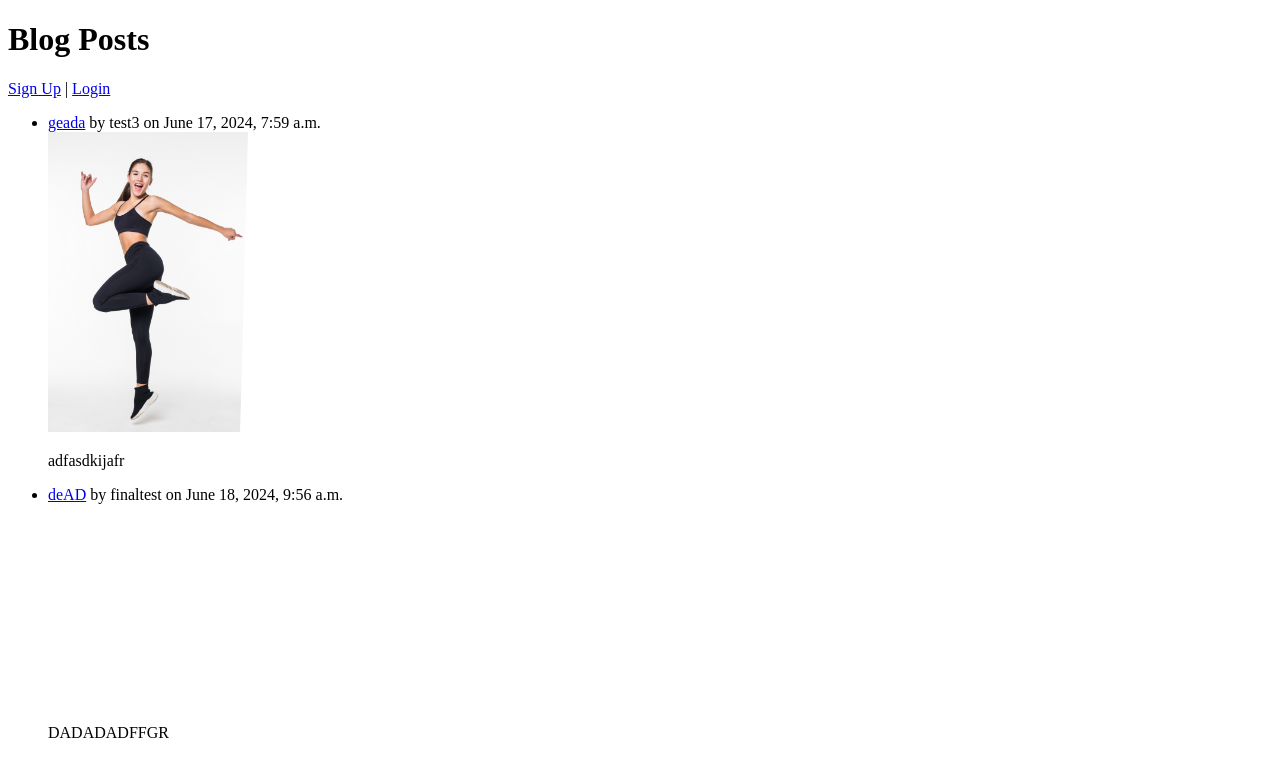
Repository: AchuVinod/miniblog
Page: http://localhost/
The author's editor kept a copy of each file at every save. The page is drawn from the files as they stood at one save, then again after the next save.
The browser window is 1280 px wide. The pictures show the whole page.
The page is served by the project's application, run on Django 5.2 (manage.py). Other server files are loaded and not shown. The page reads the database file committed with the project.

Above is the page before, as saved 2024-06-16 17:37:20.

### blog_project/blog/templates/blog/home.html
<!DOCTYPE html>
<html>
<head>
    <title>Blog Home</title>
</head>
<body>
    <h1>Blog Posts</h1>
    {% if user.is_authenticated %}
        <form method="post" action="{% url 'logout' %}" style="display: inline;">
            {% csrf_token %}
            <button type="submit">Logout</button>
        </form> | <a href="{% url 'create_post' %}">Create Post</a>
    {% else %}
        <a href="{% url 'signup' %}">Sign Up</a> | <a href="{% url 'login' %}">Login</a>
    {% endif %}
    <ul>
        {% for post in posts %}
            <li>
                <a href="{% url 'post_detail' post.pk %}">{{ post.title }}</a> by {{ post.author.username }} on {{ post.created_at }}
                <br>
                <img src="{{ post.image.url }}" alt="{{ post.title }}" style="max-width: 200px;">
                <p>{{ post.description|truncatewords:30 }}</p>
            </li>
        {% endfor %}
    </ul>
</body>
</html>

### blog_project/blog/models.py
from django.db import models
from django.contrib.auth.models import User

class Post(models.Model):
    title = models.CharField(max_length=200)
    description = models.TextField()
    image = models.ImageField(upload_to='blog_images/')
    author = models.ForeignKey(User, on_delete=models.CASCADE)
    created_at = models.DateTimeField(auto_now_add=True)

    def __str__(self):
        return self.title

class Comment(models.Model):
    post = models.ForeignKey(Post, related_name='comments', on_delete=models.CASCADE)
    author = models.ForeignKey(User, on_delete=models.CASCADE)
    text = models.TextField()
    created_at = models.DateTimeField(auto_now_add=True)

    def __str__(self):
        return self.text

### blog_project/blog/views.py
from django.shortcuts import render, get_object_or_404, redirect
from django.contrib.auth import login, authenticate
from django.contrib.auth.decorators import login_required
from django.contrib.auth.forms import AuthenticationForm
from .models import Post, Comment
from .forms import SignUpForm, PostForm, CommentForm
from django.http import HttpResponseForbidden
from django.contrib.auth.forms import UserCreationForm


def signup(request):
    if request.method == 'POST':
        form = UserCreationForm(request.POST)
        if form.is_valid():
            form.save()
            username = form.cleaned_data.get('username')
            raw_password = form.cleaned_data.get('password1')
            user = authenticate(username=username, password=raw_password)
            login(request, user)
            return redirect('login')  # Redirect to login page after signup
    else:
        form = UserCreationForm()
    return render(request, 'blog/signup.html', {'form': form})

def login_view(request):
    if request.method == 'POST':
        form = AuthenticationForm(request, data=request.POST)
        if form.is_valid():
            username = form.cleaned_data.get('username')
            password = form.cleaned_data.get('password')
            user = authenticate(username=username, password=password)
            if user is not None:
                login(request, user)
                return redirect('home')
    else:
        form = AuthenticationForm()
    return render(request, 'blog/login.html', {'form': form})

def home(request):
    posts = Post.objects.all()
    return render(request, 'blog/home.html', {'posts': posts})

@login_required
def create_post(request):
    if request.method == 'POST':
        form = PostForm(request.POST, request.FILES)
        if form.is_valid():
            post = form.save(commit=False)
            post.author = request.user
            post.save()
            return redirect('home')
    else:
        form = PostForm()
    return render(request, 'blog/create_post.html', {'form': form})

def post_detail(request, pk):
    post = get_object_or_404(Post, pk=pk)
    comments = Comment.objects.filter(post=post)
    if request.method == 'POST':
        form = CommentForm(request.POST)
        if form.is_valid():
            comment = form.save(commit=False)
            comment.author = request.user
            comment.post = post
            comment.save()
            return redirect('post_detail', pk=post.pk)
    else:
        form = CommentForm()
    return render(request, 'blog/post_detail.html', {'post': post, 'comments': comments, 'form': form})

@login_required
def delete_post(request, pk):
    post = get_object_or_404(Post, pk=pk)
    if request.user == post.author:
        post.delete()
        return redirect('home')
    else:
        return HttpResponseForbidden()

### blog_project/blog_project/urls.py
"""
URL configuration for blog_project project.

The `urlpatterns` list routes URLs to views. For more information please see:
    https://docs.djangoproject.com/en/5.0/topics/http/urls/
Examples:
Function views
    1. Add an import:  from my_app import views
    2. Add a URL to urlpatterns:  path('', views.home, name='home')
Class-based views
    1. Add an import:  from other_app.views import Home
    2. Add a URL to urlpatterns:  path('', Home.as_view(), name='home')
Including another URLconf
    1. Import the include() function: from django.urls import include, path
    2. Add a URL to urlpatterns:  path('blog/', include('blog.urls'))
"""
from django.contrib import admin
from django.urls import path, include
from django.conf import settings
from django.conf.urls.static import static

urlpatterns = [
    path('admin/', admin.site.urls),
    path('blog/', include('blog.urls')),
    path('', include('blog.urls')),
]

if settings.DEBUG:
    urlpatterns += static(settings.MEDIA_URL, document_root=settings.MEDIA_ROOT)

### blog_project/blog/urls.py
from django.urls import path
from django.contrib.auth import views as auth_views
from . import views

urlpatterns = [
    path('signup/', views.signup, name='signup'),
    path('login/', views.login_view, name='login'),
    path('logout/', auth_views.LogoutView.as_view(), name='logout'),  # Correct logout URL
    path('', views.home, name='home'),
    path('post/<int:pk>/', views.post_detail, name='post_detail'),
    path('post/new/', views.create_post, name='create_post'),
    path('post/<int:pk>/delete/', views.delete_post, name='delete_post'),
]

### blog_project/db.sqlite3 (the tables this page reads, as SQL)
CREATE TABLE "auth_user" ("id" integer NOT NULL PRIMARY KEY AUTOINCREMENT, "password" varchar(128) NOT NULL, "last_login" datetime NULL, "is_superuser" bool NOT NULL, "username" varchar(150) NOT NULL UNIQUE, "last_name" varchar(150) NOT NULL, "email" varchar(254) NOT NULL, "is_staff" bool NOT NULL, "is_active" bool NOT NULL, "date_joined" datetime NOT NULL, "first_name" varchar(150) NOT NULL);
INSERT INTO "auth_user" VALUES
(1, 'pbkdf2_sha256$720000$mdm1uPf3BpA6bMOWZK5LPM$cpjfny8iS3UlyTfRPLw8OA0leuXYn0eV8hhHsaSeFJc=', '2024-06-16 12:49:52.361171', 0, 'text', '', 'achuvinod8182@gmail.com', 0, 1, '2024-06-16 11:29:02.327586', ''),
(2, 'pbkdf2_sha256$720000$NpaS63cu774BLLUlRCkhr0$vY9VWpX4pO0PDaxFu6vF5+gGuLMWhOxd5CTeGTEqf0g=', '2024-06-17 08:00:08.258102', 0, 'test2', '', 'test2@gmail.com', 0, 1, '2024-06-16 12:02:50.787407', ''),
(3, 'pbkdf2_sha256$720000$Ukl7vDVfBnqRIhI0TDP3zQ$4iC9GfJAEXq8veW8/r0kyUoNowq2BZGsdKOUoKrO+5o=', '2024-06-18 10:06:09.334738', 0, 'test3', '', '', 0, 1, '2024-06-16 12:08:17.090326', ''),
(4, 'pbkdf2_sha256$720000$Ac23yZs36kM5qroDcUxzFV$dnQB2nI3gt3kjez8VWo7cCZ0FZgRe+YX9WjHt3SmUe8=', '2024-06-18 10:05:36.072247', 0, 'finaltest', '', '', 0, 1, '2024-06-17 09:20:35.363524', '');

CREATE TABLE "blog_post" ("id" integer NOT NULL PRIMARY KEY AUTOINCREMENT, "title" varchar(200) NOT NULL, "description" text NOT NULL, "image" varchar(100) NOT NULL, "created_at" datetime NOT NULL, "author_id" integer NOT NULL REFERENCES "auth_user" ("id") DEFERRABLE INITIALLY DEFERRED);
INSERT INTO "blog_post" VALUES
(4, 'geada', 'adfasdkijafr', 'blog_images/sporty-young-woman-jumping-isolated-white-wall.jpg', '2024-06-17 07:59:53.167689', 3),
(5, 'deAD', 'DADADADFFGR', 'blog_images/logo.png', '2024-06-18 09:56:15.404623', 4);

After the next save:
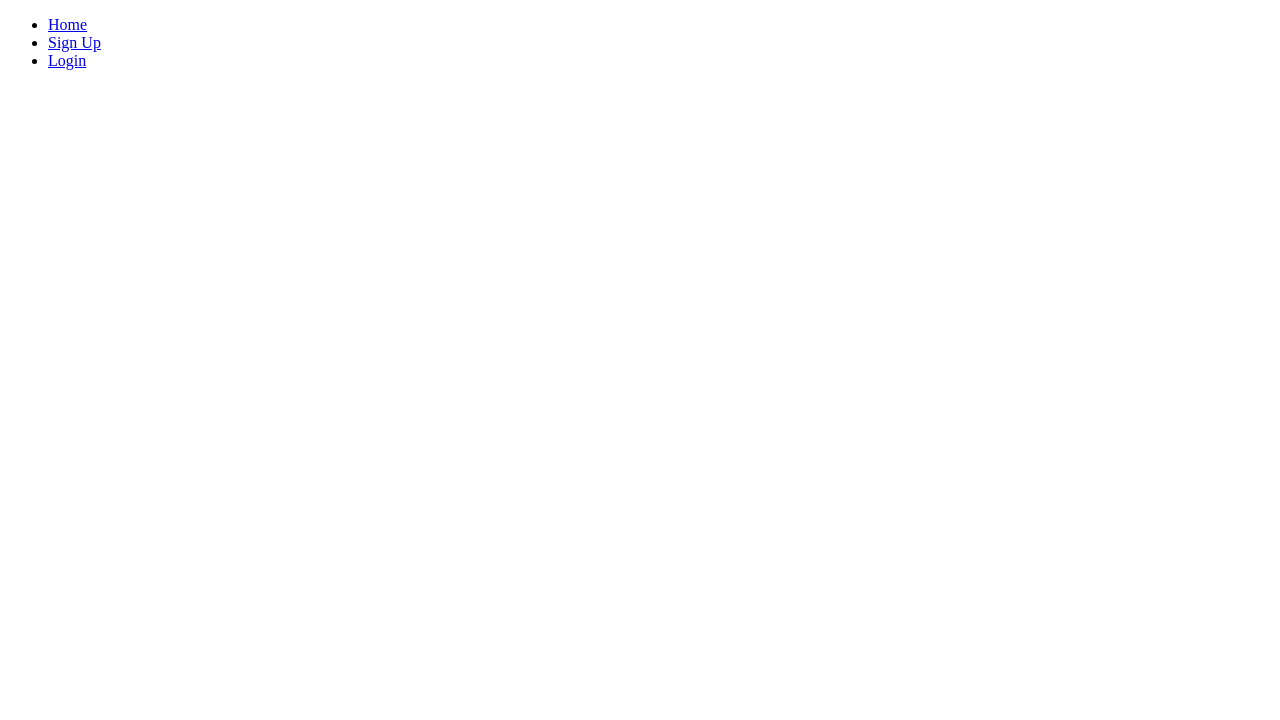
Saved 6 min 51 s later.
--- a/blog_project/blog/templates/blog/home.html
+++ b/blog_project/blog/templates/blog/home.html
@@ -1,27 +1,26 @@
 <!DOCTYPE html>
 <html>
 <head>
-    <title>Blog Home</title>
+    <title>{% block title %}Blog{% endblock %}</title>
 </head>
 <body>
-    <h1>Blog Posts</h1>
-    {% if user.is_authenticated %}
-        <form method="post" action="{% url 'logout' %}" style="display: inline;">
-            {% csrf_token %}
-            <button type="submit">Logout</button>
-        </form> | <a href="{% url 'create_post' %}">Create Post</a>
-    {% else %}
-        <a href="{% url 'signup' %}">Sign Up</a> | <a href="{% url 'login' %}">Login</a>
-    {% endif %}
-    <ul>
-        {% for post in posts %}
-            <li>
-                <a href="{% url 'post_detail' post.pk %}">{{ post.title }}</a> by {{ post.author.username }} on {{ post.created_at }}
-                <br>
-                <img src="{{ post.image.url }}" alt="{{ post.title }}" style="max-width: 200px;">
-                <p>{{ post.description|truncatewords:30 }}</p>
-            </li>
-        {% endfor %}
-    </ul>
+    <nav>
+        <ul>
+            <li><a href="{% url 'home' %}">Home</a></li>
+            {% if user.is_authenticated %}
+                <li><a href="{% url 'logout' %}">Logout</a></li>
+                <li><a href="{% url 'create_post' %}">Create Post</a></li>
+            {% else %}
+                <li><a href="{% url 'signup' %}">Sign Up</a></li>
+                <li><a href="{% url 'login' %}">Login</a></li>
+            {% endif %}
+        </ul>
+    </nav>
+
+    <div>
+        {% block content %}
+        {% endblock %}
+    </div>
+
 </body>
 </html>

After the save that followed:
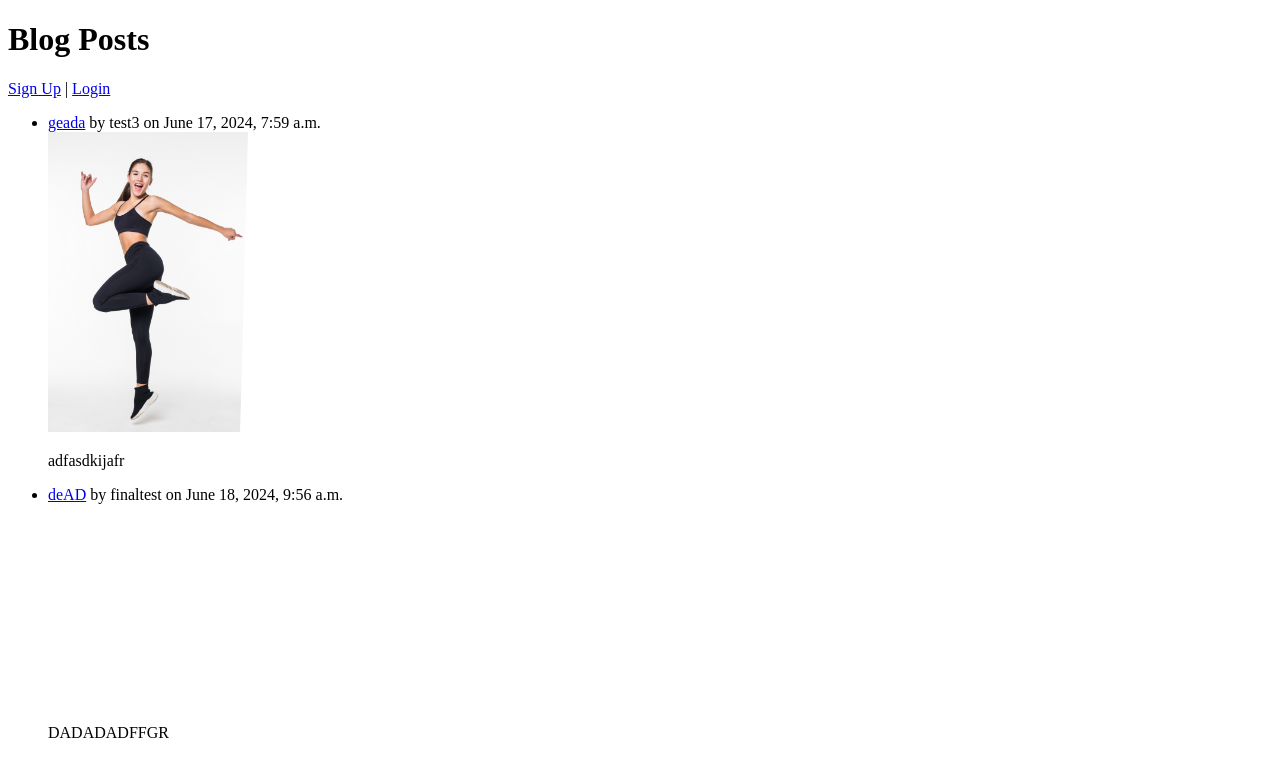
Saved 23 s later.
--- a/blog_project/blog/templates/blog/home.html
+++ b/blog_project/blog/templates/blog/home.html
@@ -1,26 +1,27 @@
 <!DOCTYPE html>
 <html>
 <head>
-    <title>{% block title %}Blog{% endblock %}</title>
+    <title>Blog Home</title>
 </head>
 <body>
-    <nav>
-        <ul>
-            <li><a href="{% url 'home' %}">Home</a></li>
-            {% if user.is_authenticated %}
-                <li><a href="{% url 'logout' %}">Logout</a></li>
-                <li><a href="{% url 'create_post' %}">Create Post</a></li>
-            {% else %}
-                <li><a href="{% url 'signup' %}">Sign Up</a></li>
-                <li><a href="{% url 'login' %}">Login</a></li>
-            {% endif %}
-        </ul>
-    </nav>
-
-    <div>
-        {% block content %}
-        {% endblock %}
-    </div>
-
+    <h1>Blog Posts</h1>
+    {% if user.is_authenticated %}
+        <form method="post" action="{% url 'logout' %}" style="display: inline;">
+            {% csrf_token %}
+            <button type="submit">Logout</button>
+        </form> | <a href="{% url 'create_post' %}">Create Post</a>
+    {% else %}
+        <a href="{% url 'signup' %}">Sign Up</a> | <a href="{% url 'login' %}">Login</a>
+    {% endif %}
+    <ul>
+        {% for post in posts %}
+            <li>
+                <a href="{% url 'post_detail' post.pk %}">{{ post.title }}</a> by {{ post.author.username }} on {{ post.created_at }}
+                <br>
+                <img src="{{ post.image.url }}" alt="{{ post.title }}" style="max-width: 200px;">
+                <p>{{ post.description|truncatewords:30 }}</p>
+            </li>
+        {% endfor %}
+    </ul>
 </body>
 </html>
